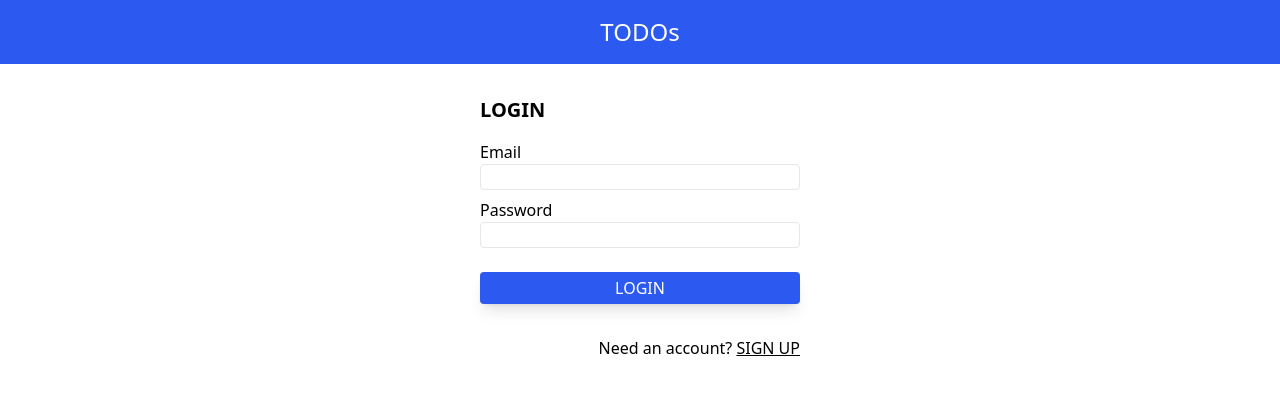
Repository: Jay-JYKim91/wanted-pre-onboarding-challenge-fe-1
Page: /auth
These files come from the project's save history. The page is drawn as it stood at one moment and after the next save; the edit follows.
The browser window is 1280 px wide. The pictures show the whole page.
The page's requests for data from a server got no answer. The project was rebuilt for these pictures with package versions that can differ from the ones it lists, and the page was loaded fresh each time. No one was signed in, and anything a server would have sent is missing. Also part of the build but not shown: src/page/Main.tsx.

Above is the page before, as saved 2022-08-01 22:45:53.

### src/index.tsx
import React from "react"
import ReactDOM from "react-dom/client"
import "./index.css"
import App from "./App"
import { BrowserRouter } from "react-router-dom"

const root = ReactDOM.createRoot(document.getElementById("root") as HTMLElement)
root.render(
  <React.StrictMode>
    <BrowserRouter>
      <App />
    </BrowserRouter>
  </React.StrictMode>
)

### src/App.tsx
import React, { useEffect, useState } from "react"
import { Route, Routes, useNavigate } from "react-router-dom"
import Auth from "./page/Auth"
import Main from "./page/Main"

// type UserToken = {
//   userToken: string | null
// }

function App() {
  const navigate = useNavigate()
  const userToken = window.localStorage.getItem("userToken")
  const [todos, setTodos] = useState([])

  useEffect(() => {
    if (userToken === "") {
      window.alert("Please login first.")
      navigate("/auth")
    } else {
      const headers = {
        Authorization: userToken,
      }
      fetch("http://localhost:8080/todos")
        .then((response) => response.json())
        .then((res) => {
          console.log(res)
        })
    }
  }, [])

  return (
    <div className="App">
      <header className="bg-primary-900 text-white text-center py-4 text-2xl">
        <span>TODOs</span>
      </header>
      <Routes>
        <Route path="/" element={<Main todos={todos} />} />
        <Route path="/auth" element={<Auth />} />
      </Routes>
    </div>
  )
}

export default App

### src/page/Auth.tsx
import React, { useEffect, useState } from "react"
import { useNavigate } from "react-router-dom"

type logInOrSignUp = "logIn" | "signUp"

function Auth() {
  const [logInOrSignUp, setLogInOrSignUp] = useState<logInOrSignUp>("logIn")
  const [emailInput, setEmailInput] = useState("")
  const [passwordInput, setPasswordInput] = useState("")
  const navigate = useNavigate()

  useEffect(() => {
    setEmailInput("")
    setPasswordInput("")
  }, [logInOrSignUp])

  function handleSubmit(event: React.FormEvent<HTMLFormElement>) {
    event.preventDefault()

    const emailRegex = /^[\w-\.]+@([\w-]+\.)+[\w-]{2,4}$/g

    if (!emailRegex.test(emailInput)) {
      window.alert("Please enter an email address.")
    } else {
      handleLogInOrSignUp()
    }
  }

  function handleLogInOrSignUp() {
    const data = {
      email: emailInput,
      password: passwordInput,
    }

    if (logInOrSignUp === "logIn") {
      fetch("http://localhost:8080/users/login", {
        method: "POST",
        headers: { "Content-Type": "application/json" },
        body: JSON.stringify(data),
      })
        .then((response) => response.json())
        .then((res) => {
          console.log(res)

          if (res.details === "로그인에 실패했습니다") {
            window.alert("Invalid email or password.")
          } else if (res.message === "성공적으로 로그인 했습니다") {
            window.localStorage.setItem("userToken", res.token)
            navigate("/")
          }
        })
    } else if (logInOrSignUp === "signUp") {
      fetch("http://localhost:8080/users/create", {
        method: "POST",
        headers: { "Content-Type": "application/json" },
        body: JSON.stringify(data),
      })
        .then((response) => response.json())
        .then((res) => {
          console.log(res)
          if (res.details === "이미 존재하는 유저입니다") {
            window.alert("This email address is already registered.")
          } else if (res.message === "계정이 성공적으로 생성되었습니다") {
            window.alert("Thanks for signing up. You can login now.")
            setLogInOrSignUp("logIn")
          }
        })
    }
  }

  return (
    <div>
      <div className="max-w-xs m-auto my-8">
        <h1 className="font-bold text-xl uppercase">{logInOrSignUp}</h1>
        <form className="my-4" onSubmit={(event) => handleSubmit(event)}>
          <div className="flex flex-col mb-2">
            <label htmlFor="emailForLogin">Email</label>
            <input
              type="email"
              id="emailForLogin"
              className="border rounded"
              value={emailInput}
              onChange={(event) => setEmailInput(event.target.value)}
              required
            />
          </div>
          <div className="flex flex-col mb-2">
            <label htmlFor="passwordForLogin">Password</label>
            <input
              type="password"
              id="passwordForLogin"
              className="border rounded"
              value={passwordInput}
              onChange={(event) => setPasswordInput(event.target.value)}
              minLength={8}
              required
            />
          </div>
          <button
            type="submit"
            className="w-full py-1 my-4 uppercase rounded bg-primary-900 text-white shadow-lg"
          >
            {logInOrSignUp}
          </button>
        </form>
        {logInOrSignUp === "logIn" ? (
          <p className="text-right">
            Need an account?{" "}
            <button
              type="button"
              className="underline"
              onClick={() => setLogInOrSignUp("signUp")}
            >
              SIGN UP
            </button>
          </p>
        ) : (
          <p className="text-right">
            Already a user?{" "}
            <button
              type="button"
              className="underline"
              onClick={() => setLogInOrSignUp("logIn")}
            >
              LOGIN
            </button>
          </p>
        )}
      </div>
    </div>
  )
}

export default Auth

### tailwind.config.js
/** @type {import('tailwindcss').Config} */
module.exports = {
  content: [
    "./src/**/*.{js,jsx,ts,tsx}",
  ],
  theme: {
    extend: {
      colors: {
        'primary': {
          100: '#47dfbc',
          500: '#428afe',
          900: '#2c5af1',
        }
      },
    },
  },
  plugins: [],
}

Loaded but not shown: public/index.html (common file); src/index.css (common file)

After the next save:
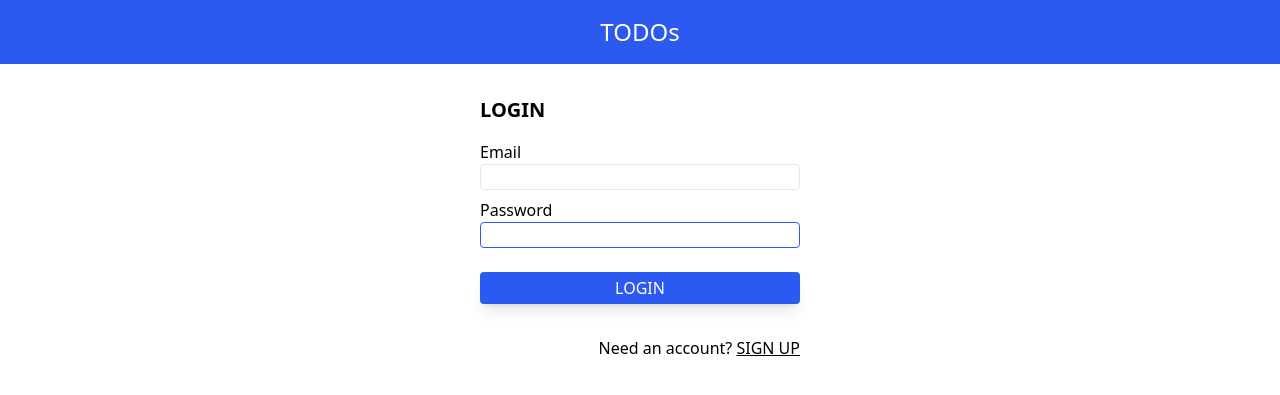
Saved 42 s later.
--- a/src/page/Auth.tsx
+++ b/src/page/Auth.tsx
@@ -89,7 +89,7 @@ function Auth() {
             <input
               type="password"
               id="passwordForLogin"
-              className="border rounded"
+              className="border rounded border-primary-900"
               value={passwordInput}
               onChange={(event) => setPasswordInput(event.target.value)}
               minLength={8}
